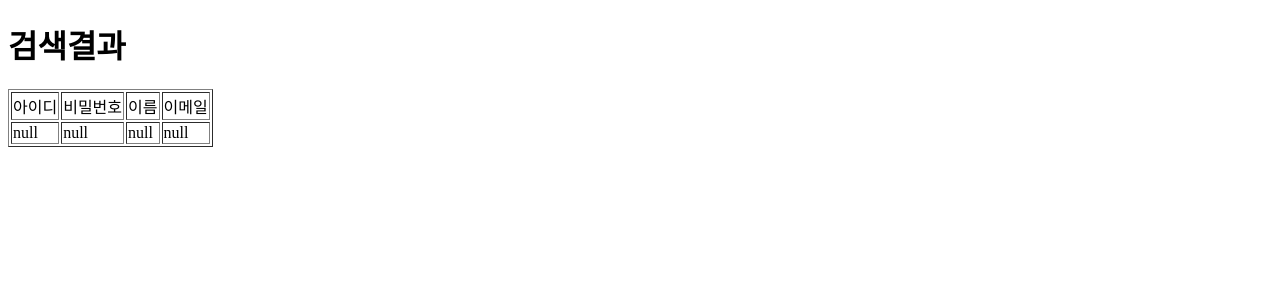
Repository: captainwk/webstudy
Page: http://localhost/a20_8_20/find.jsp
These files come from the project's save history. The page is drawn as it stood at one moment and after the next save; the edit follows.
The browser window is 1280 px wide. The pictures show the whole page.
The page is served by Tomcat 9. Queries for data that is not in the repository find no rows.

Above is the page before, as saved 2020-08-21 01:50:30.

After the next save:
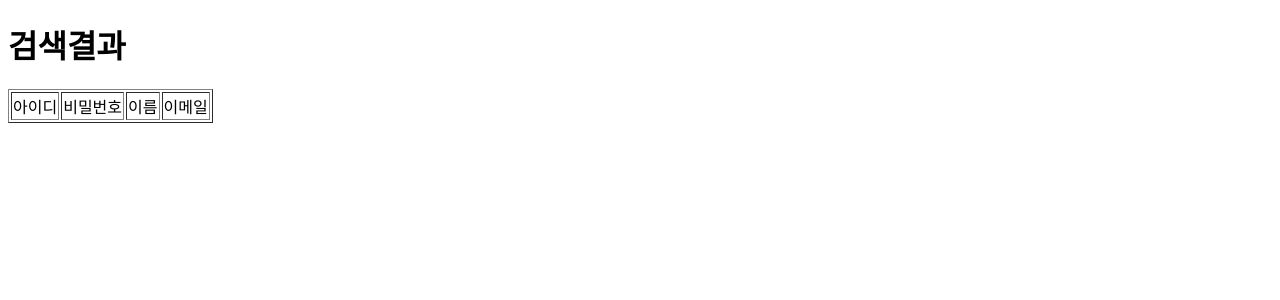
Saved 22 s later.
--- a/a20_8_20/WebContent/find.jsp
+++ b/a20_8_20/WebContent/find.jsp
@@ -31,8 +31,6 @@
 	<tr><td>아이디</td><td>비밀번호</td><td>이름</td><td>이메일</td></tr>
 	<%
 		while(rs.next()) {
-
-		}
 	%>
 	<tr>
 		<td><%=rs.getString(1) %></td>
@@ -40,6 +38,7 @@
 		<td><%=rs.getString(3) %></td>
 		<td><%=rs.getString(4) %></td>
 	</tr>
+	<% }%>
 </table>
 </body>
 </html>
